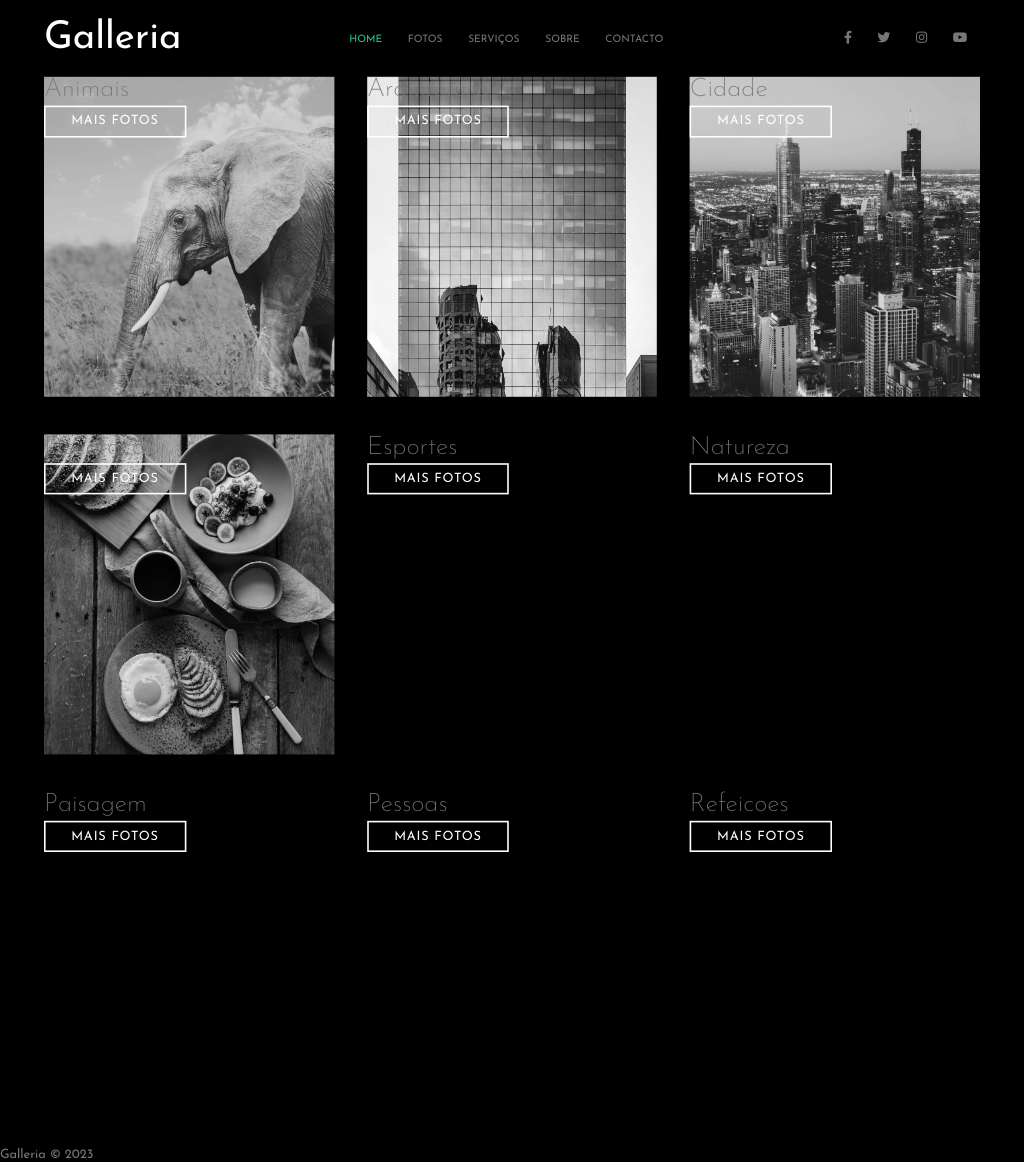
Repository: AghastyGD/gallery-sass
Page: index.html
These files come from the project's save history. The page is drawn as it stood at one moment and after the next save; the edit follows.
The browser window is 1280 px wide. The pictures show the whole page, at 80% of full size.
The style sheet was rebuilt from its Sass, Less or Tailwind sources for each picture, by a compiler version that may differ from the author's.

Above is the page before, as saved 2023-10-13 18:38:39.

After the next save:
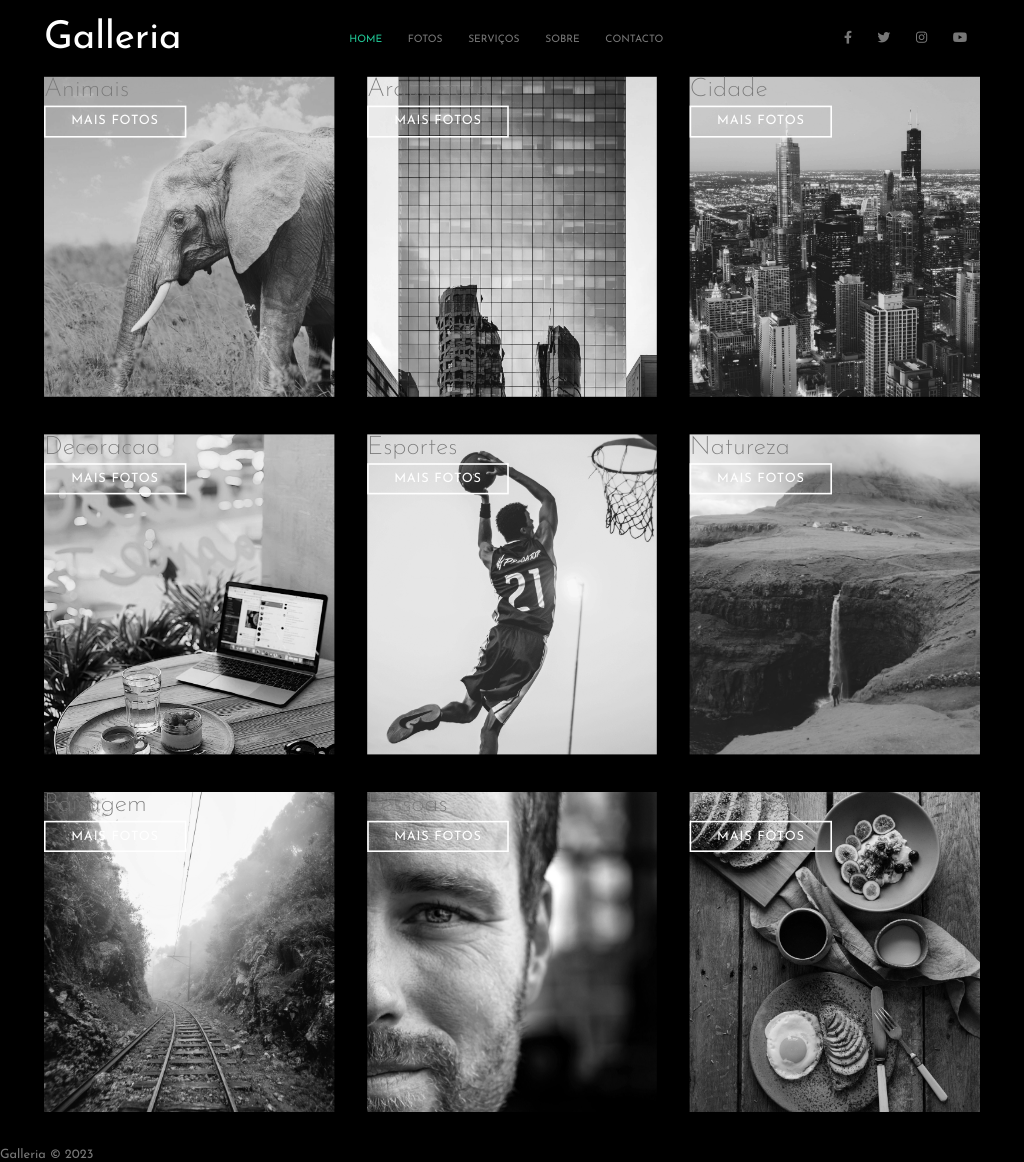
Saved 15 s later.
--- a/sass/styles.sass
+++ b/sass/styles.sass
@@ -102,17 +102,17 @@ body
   #card-4
     @include mixins.bg-img('decoracao.jpg')
 
-  #card-4
+  #card-5
     @include mixins.bg-img('esportes.jpg')
 
-  #card-4
+  #card-6
     @include mixins.bg-img('natureza.jpg')
 
-  #card-4
+  #card-7
     @include mixins.bg-img('paisagem.jpg')
 
-  #card-4
+  #card-8
     @include mixins.bg-img('pessoas.jpg')
 
-  #card-4
+  #card-9
     @include mixins.bg-img('refeicoes.jpg')
